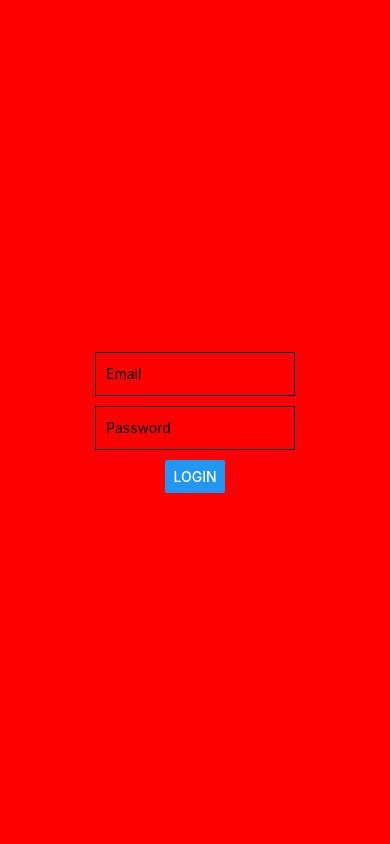
Repository: maliProgramerTimetable/timetable-mobile
Screen: /
The author's editor kept a copy of each file at every save. The screen is drawn from the files as they stood at one save, then again after the next save.
The app was drawn by React Native's web renderer in a window 390 px wide. The project was rebuilt for these pictures with package versions that can differ from the ones it lists, and the page was loaded fresh each time. Also part of the build but not shown: src/Home/index.js.

Above is the screen before, as saved 2022-12-15 13:44:15.

### App.js
import { StatusBar } from 'expo-status-bar';
import { StyleSheet, Text, View } from 'react-native';
import HomeScreen from './src/Home';
import LoginScreen from './src/Login';
import Navigator from './src/Navigation';

export default function App() {
  return (

        <Navigator />

  );
}

const styles = StyleSheet.create({
  container: {
    flex: 1,
    backgroundColor: '#fff',
    alignItems: 'center',
    justifyContent: 'center',
  },
});

### src/Login/index.js
import React from 'react';
import { View, TextInput, Button, StyleSheet } from 'react-native';

const LoginScreen = () => {
  const onSubmit = (data) => {
    // Handle login here
  };

  return (
    <View style={styles.container}>
      <TextInput
        name="email"
        placeholder="Email"
        style={styles.input}
      />

      <TextInput
        name="password"
        placeholder="Password"
        style={styles.input}
      />

      <Button title="Login" />
    </View>
  );
};

const styles = StyleSheet.create({
  container: {
    flex: 1,
    alignItems: 'center',
    justifyContent: 'center',
    backgroundColor: 'red'
  },
  input: {
    width: 200,
    height: 44,
    padding: 10,
    borderWidth: 1,
    borderColor: 'black',
    marginBottom: 10,
  },
});

export default LoginScreen;

### src/Navigation/index.js
import { NavigationContainer } from "@react-navigation/native";
import { createNativeStackNavigator } from "@react-navigation/native-stack";
import { StyleSheet } from "react-native";
import HomeScreen from "../Home";
import LoginScreen from "../Login";

const Stack = createNativeStackNavigator();

export default function Navigator() {
  return (
    <NavigationContainer>
      <Stack.Navigator initialRouteName="Login">
        <Stack.Screen
          name="Home"
          component={HomeScreen}
          options={{ headerShown: false }}
        />
        <Stack.Screen
          name="Login"
          component={LoginScreen}
          options={{ headerShown: false }}
        />
      </Stack.Navigator>
    </NavigationContainer>
  );
}

const styles = StyleSheet.create({
  container: {
    flex: 1,
    backgroundColor: "blue",
    alignItems: "center",
    justifyContent: "center",
  },
});

After the next save:
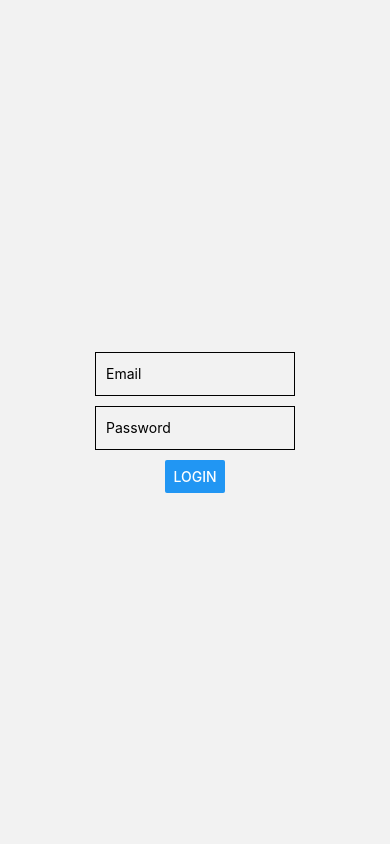
Saved 6 s later.
--- a/src/Login/index.js
+++ b/src/Login/index.js
@@ -30,7 +30,6 @@ const styles = StyleSheet.create({
     flex: 1,
     alignItems: 'center',
     justifyContent: 'center',
-    backgroundColor: 'red'
   },
   input: {
     width: 200,
